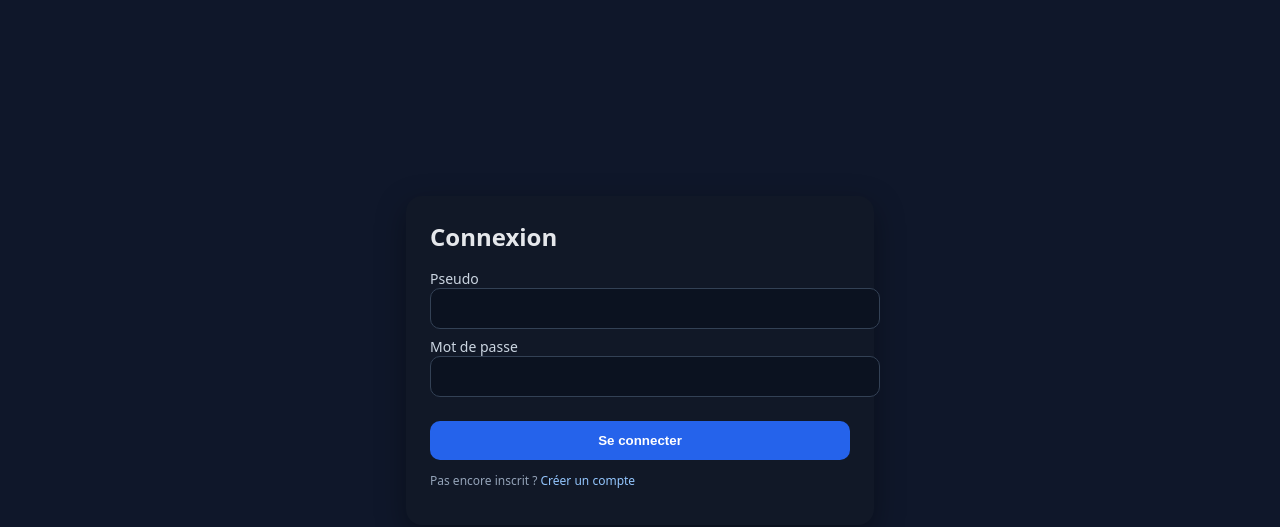
Repository: remi77130/loi-direct
Page: http://localhost/loi/login.php
The author's editor kept a copy of each file at every save. The page is drawn from the files as they stood at one save, then again after the next save.
The browser window is 1280 px wide. The pictures show the whole page.
The page is run by PHP 8.4 with error messages shown; the project is at /var/www/html/. The database holds what the project's SQL file puts in it.

Above is the page before, as saved 2025-09-24 11:40:27.

After the next save:
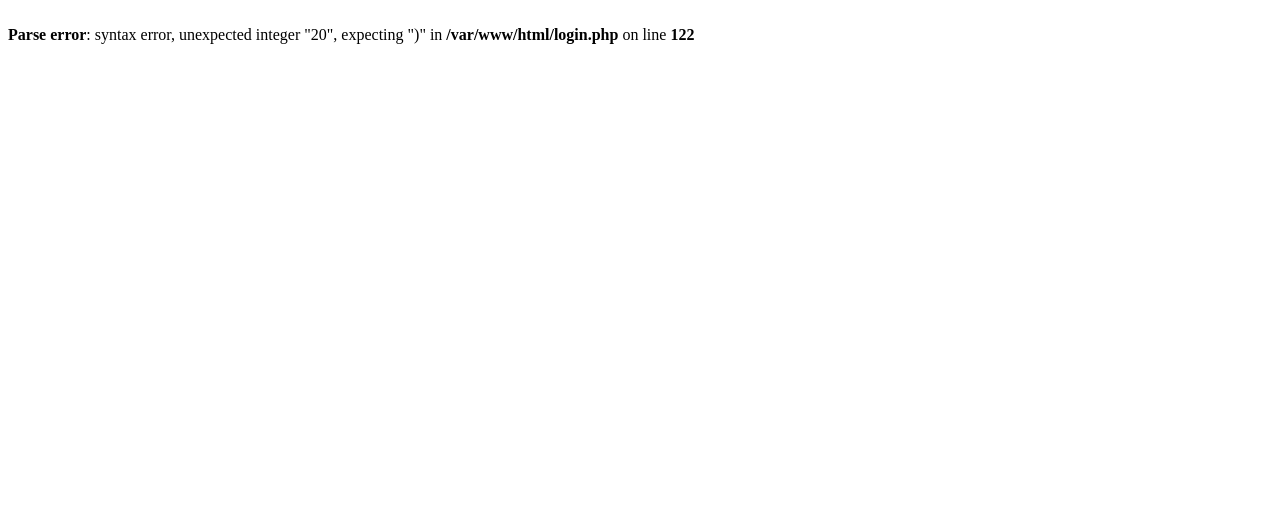
Saved 92 s later.
--- a/login.php
+++ b/login.php
@@ -119,7 +119,7 @@
     $errors[] = "Session expirée. Recharge la page.";
   } else {
     $pseudo   = mb_substr(trim((string)($_POST['pseudo'] ?? '')), 0, 20);
-    $password = mb_substr(trim((string)($_POST['password'] ?? '')), 0, 20);
+    $password = mb_substr(trim((string)($_POST['password'] ?? '')),0 20);
     if ($pseudo === '' || $password === '') {
       $errors[] = 'Identifiants manquants.';
     } else {
@@ -217,7 +217,7 @@
       <input type="text" name="pseudo" required minlength="3" maxlength="20" pattern="[A-Za-z0-9_]{3,20}">
     </label>
     <label>Mot de passe
-      <input type="password" name="password" maxlength="20" required minlength="8" autocomplete="current-password">
+      <input type="password" name="password" required minlength="8" autocomplete="current-password">
     </label>
     <button class="btn" type="submit" <?= $blocked ? 'disabled' : '' ?>>Se connecter</button>
   </form>

After the save that followed:
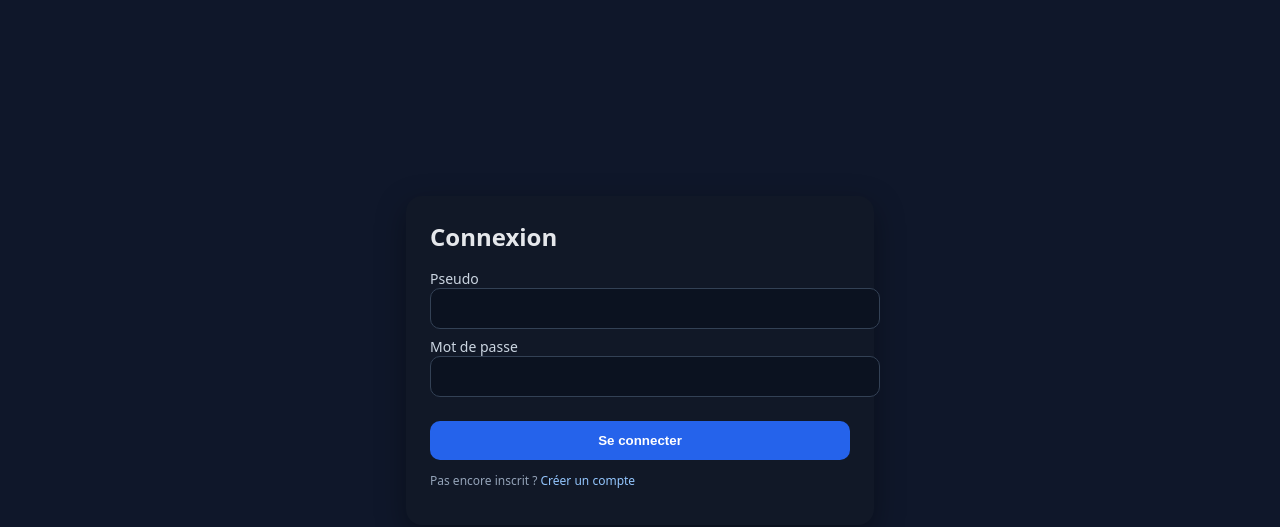
Saved 9 s later.
--- a/login.php
+++ b/login.php
@@ -119,7 +119,7 @@
     $errors[] = "Session expirée. Recharge la page.";
   } else {
     $pseudo   = mb_substr(trim((string)($_POST['pseudo'] ?? '')), 0, 20);
-    $password = mb_substr(trim((string)($_POST['password'] ?? '')),0 20);
+    $password = mb_substr(trim((string)($_POST['password'] ?? '')),0, 20);
     if ($pseudo === '' || $password === '') {
       $errors[] = 'Identifiants manquants.';
     } else {
